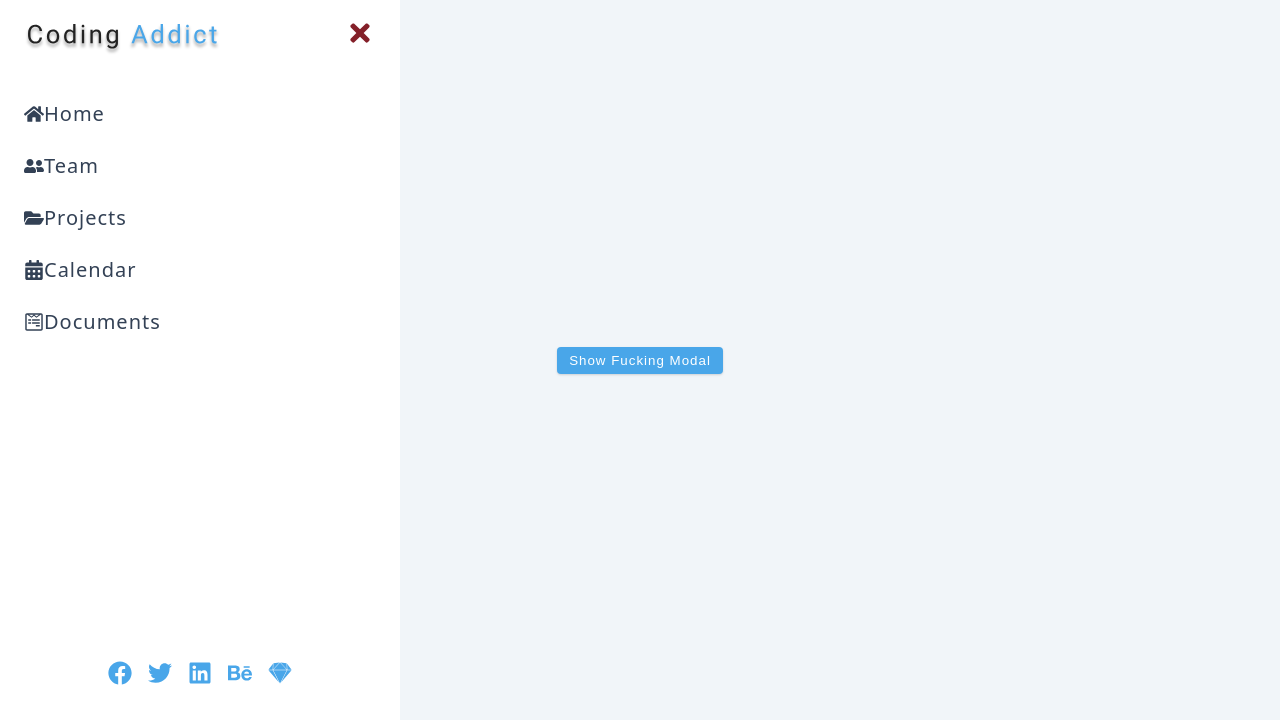
Repository: Maryie-B/React-Practice-Projects
Page: / (app in Sidebar/)
The author's editor kept a copy of each file at every save. The page is drawn from the files as they stood at one save, then again after the next save.
The browser window is 1280 px wide. The pictures show the whole page.
The project was rebuilt for these pictures with package versions that can differ from the ones it lists, and the page was loaded fresh each time. Also part of the build but not shown: Sidebar/vite.config.js.

Above is the page before, as saved 2023-06-13 11:49:49.

After the next save:
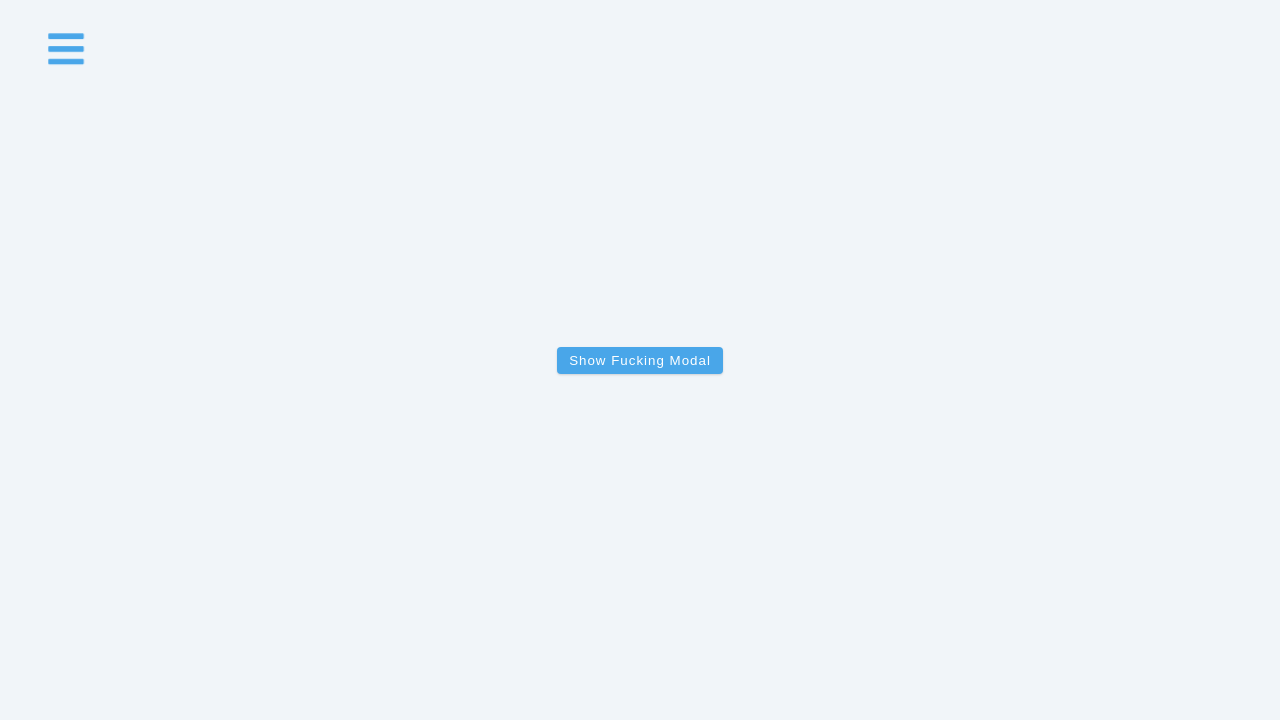
Saved 3 min 17 s later.
--- a/Sidebar/src/index.css
+++ b/Sidebar/src/index.css
@@ -346,6 +346,11 @@
   row-gap: 1rem;
   box-shadow: var(--red-dark);
   transition: var(--transition);
+  transform: translateX(-100%);
+}
+
+.show-sidebar {
+  transform: translateX(0);
 }
 
 @media screen and (min-width: 670px) {
